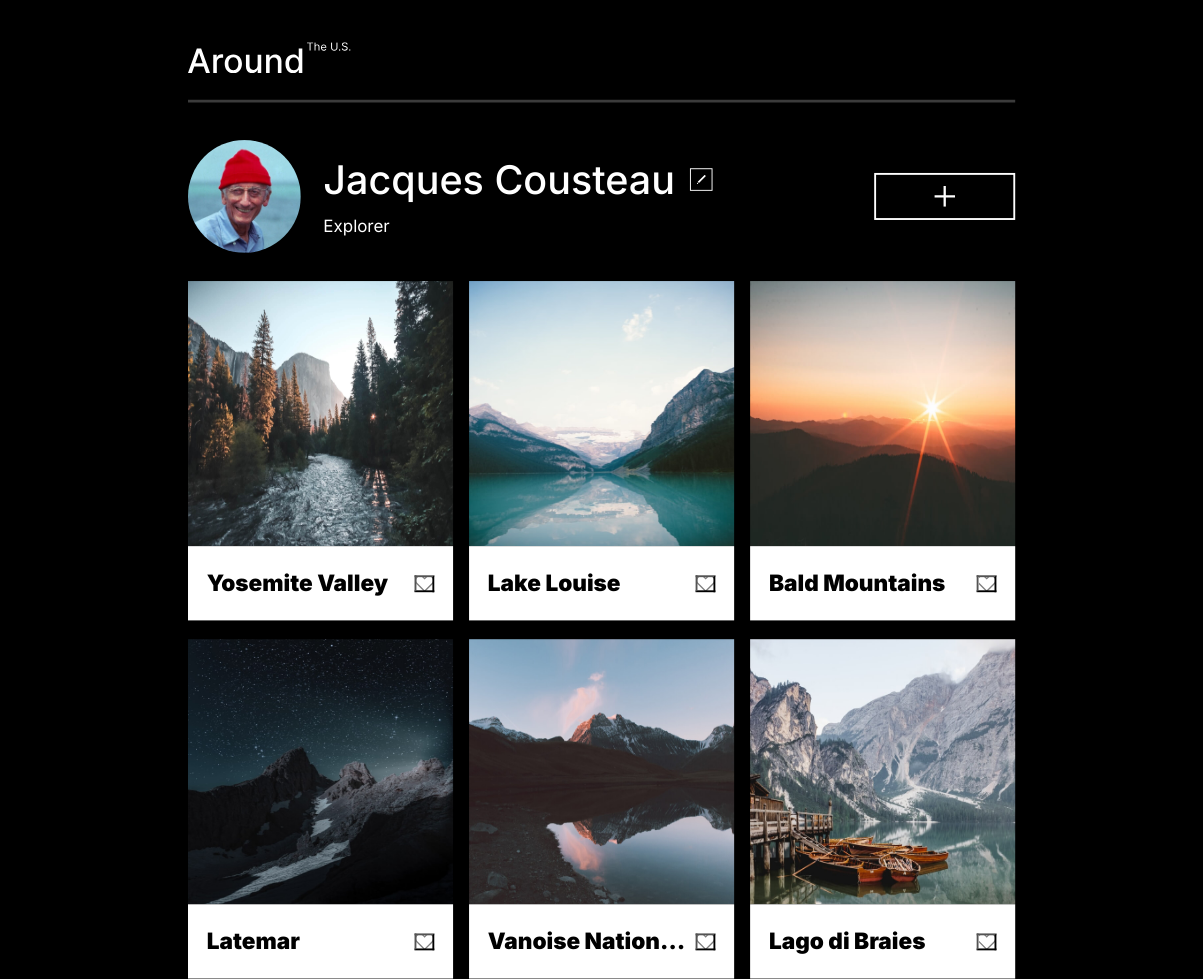
Repository: luisbaezx/se_project_aroundtheus
Page: index.html
The author's editor kept a copy of each file at every save. The page is drawn from the files as they stood at one save, then again after the next save.
The browser window is 1280 px wide. The pictures show the whole page, at 94% of full size.

Above is the page before, as saved 2024-05-28 06:09:54.

### index.html
<!DOCTYPE html>
<html lang="en">
  <head>
    <meta charset="UTF-8" />
    <meta name="viewport" content="width=device-width, user-scalable=no,
    initial-scale=1/>
    <meta content="ie=edge" http-equiv="X-UA-Compatible" />
    <title>Around The U.S</title>
    <link href="./pages/index.css" rel="stylesheet" />
  </head>
  <body class="page">
    <div class="page__content">
      <header class="header page__section">
        <img
          src="./images/logo.svg"
          alt="Around the U.S. Logo"
          class="header__image"
        />
      </header>
      <main class="content">
        <section class="profile page__section">
          <img
            src="./images/jacques-cousteau.jpg"
            alt="Avatar"
            class="profile__image"
          />
          <div class="profile__info">
            <h1 class="profile__title">Jacques Cousteau</h1>
            <button class="profile__edit-button"></button>
            <p class="profile__description">Explorer</p>
          </div>
          <button class="profile__add-button"></button>
        </section>
        <section class="cards page__section">
          <ul class="card__list">
            <li class="card">
              <img src="./images/yosemite.jpg" class="card__image" />
              <div class="card__description">
                <h2 class="card__title">Yosemite Valley</h2>
                <button class="card__like-button"></button>
              </div>
            </li>
            <li class="card">
              <img src="./images/lake-louise.jpg" class="card__image" />
              <div class="card__description">
                <h2 class="card__title">Lake Louise</h2>
                <button class="card__like-button"></button>
              </div>
            </li>
            <li class="card">
              <img src="./images/bald-mountains.jpg" class="card__image" />
              <div class="card__description">
                <h2 class="card__title">Bald Mountains</h2>
                <button class="card__like-button"></button>
              </div>
            </li>
            <li class="card">
              <img src="./images/latemar.jpg" class="card__image" />
              <div class="card__description">
                <h2 class="card__title">Latemar</h2>
                <button class="card__like-button"></button>
              </div>
            </li>
            <li class="card">
              <img src="./images/vanoise.jpg" class="card__image" />
              <div class="card__description">
                <h2 class="card__title">Vanoise National Park</h2>
                <button class="card__like-button"></button>
              </div>
            </li>
            <li class="card">
              <img src="./images/lago.jpg" class="card__image" />
              <div class="card__description">
                <h2 class="card__title">Lago di Braies</h2>
                <button class="card__like-button"></button>
              </div>
            </li>
          </ul>
        </section>
      </main>
    </div>
  </body>
</html>

### pages/index.css
@import url("../vendor/normalize.css");
@import url("../vendor/fonts.css");
@import url("../blocks/page.css");

### blocks/page.css
.page {
  font-family: Inter, Arial, Helvetica, sans-serif;
  background-color: black;
  color: white;
}

.page__section {
  max-width: 880px;
  width: 100%;
  position: relative;
  margin: 0 auto;
}

.page__content {
  display: flex;
  flex-direction: column;
  min-height: 100vh;
  padding: 0 20px;
}

.header {
  margin-top: 45px;
  border-bottom: solid rgba(84, 84, 84, 0.7);
  padding-bottom: 25px;
}

.header__image {
  width: 173px;
  height: 33px;
}

.profile {
  display: flex;
  align-items: center;
  padding-top: 40px;
  min-width: 282px;
}

.profile__info {
  display: grid;
  grid-template-areas:
    "title button"
    "description description";
  grid-template-columns: minmax(auto, 375px) auto;
  margin-right: 12px;
  align-items: center;
  gap: 15px;
}

.profile__edit-button {
  background: transparent url(../images/edit-icon.svg) center no-repeat;
  height: 24px;
  width: 24px;
  grid-area: button;
  border: 1px white solid;
}

.profile__add-button {
  background: transparent url(../images/add-icon.svg) center no-repeat;
  width: 150px;
  height: 50px;
  margin-left: auto;
  border: 2px white solid;
}

.profile__title {
  font-size: 42px;
  line-height: 48px;
  font-weight: 500;
  grid-area: title;
  margin: 0;
  text-overflow: ellipsis;
  white-space: nowrap;
  min-width: 282px;
}

.profile__description {
  font-size: 18px;
  line-height: 22px;
  font-weight: 400;
  grid-area: description;
  margin: 0;
  text-overflow: ellipsis;
  white-space: nowrap;
  overflow: hidden;
  max-width: 370px;
}

.profile__image {
  height: 120px;
  width: 120px;
  border-radius: 50%;
  object-fit: cover;
  background-position: center;
  margin-right: 24px;
}

.cards {
  margin-top: 30px;
}

.card__list {
  display: grid;
  justify-content: center;
  grid-template-columns: repeat(auto-fit, 282px);
  grid-gap: 20px 17px;
  padding: 0;
  margin: 0;
}

.card {
  display: flex;
  flex-direction: column;
  list-style: none;
  border-radius: 10px;
}

.card__image {
  width: 282px;
  height: 282px;
}

.card__title {
  max-width: 220px;
  font-size: 24px;
  font-weight: 900;
  line-height: 29px;
  text-overflow: ellipsis;
  white-space: nowrap;
  overflow: hidden;
  margin: 0;
}

.card__description {
  display: flex;
  background-color: white;
  color: black;
  padding-top: 25px;
  padding-bottom: 25px;
  padding-left: 20px;
  padding-right: 20px;
  align-items: center;
  justify-content: space-between;
}

.card__like-button {
  background: transparent url(../images/like-inactive.svg) center no-repeat;
  width: 21px;
  height: 18px;
}

@media screen and (max-width: 480px) {
  .profile {
    flex-direction: column;
  }

  .profile__info {
    display: flex;
    flex-wrap: wrap;
    justify-content: center;
    width: 100%;
  }

  .profile__description {
    width: 100%;
    text-align: center;
  }

  .profile__add-button {
    margin: 0;
    width: 100%;
  }
}

Loaded but not shown: vendor/normalize.css (library); vendor/fonts.css (common file)

After the next save:
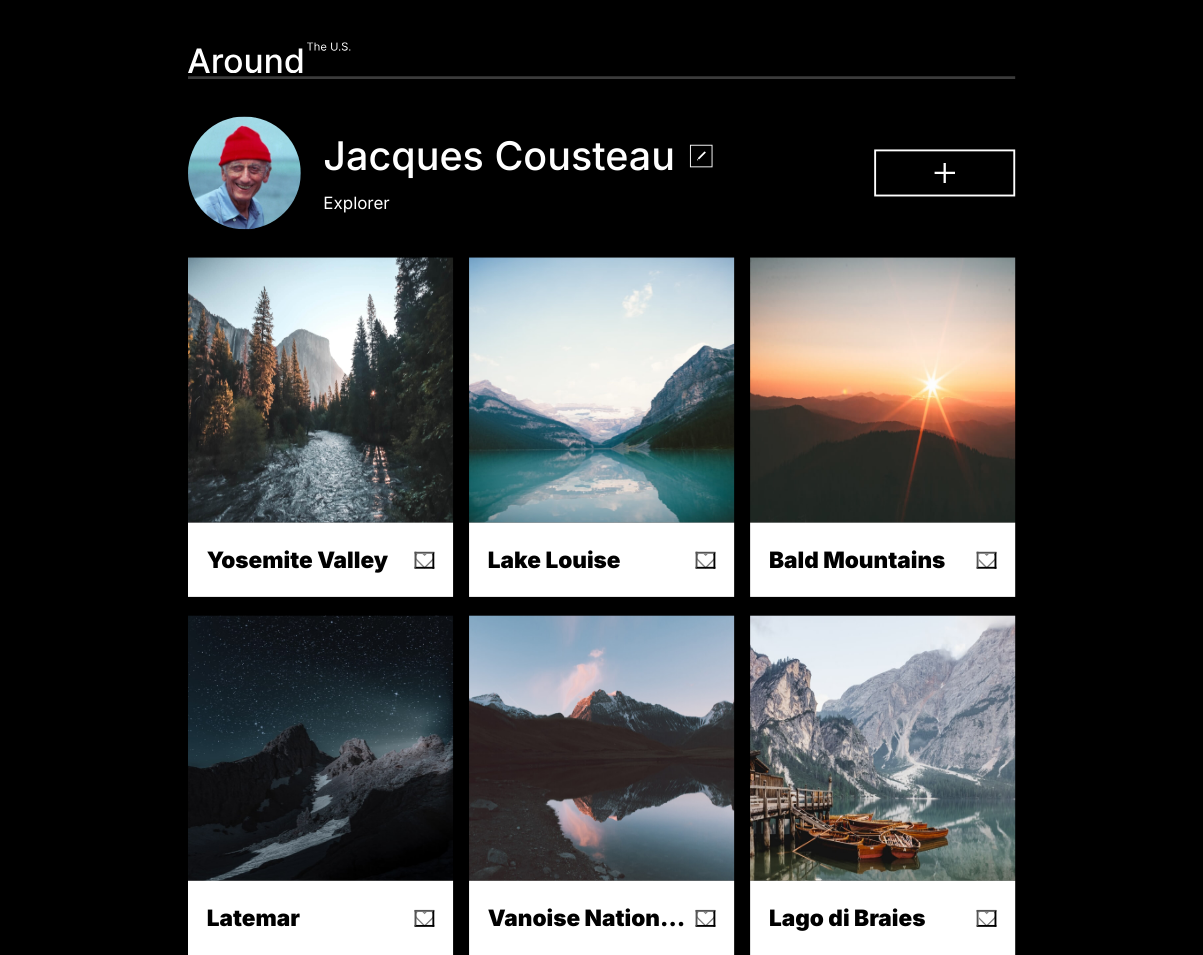
Saved 2 min 48 s later.
--- a/blocks/page.css
+++ b/blocks/page.css
@@ -21,7 +21,6 @@
 .header {
   margin-top: 45px;
   border-bottom: solid rgba(84, 84, 84, 0.7);
-  padding-bottom: 25px;
 }
 
 .header__image {

After the save that followed:
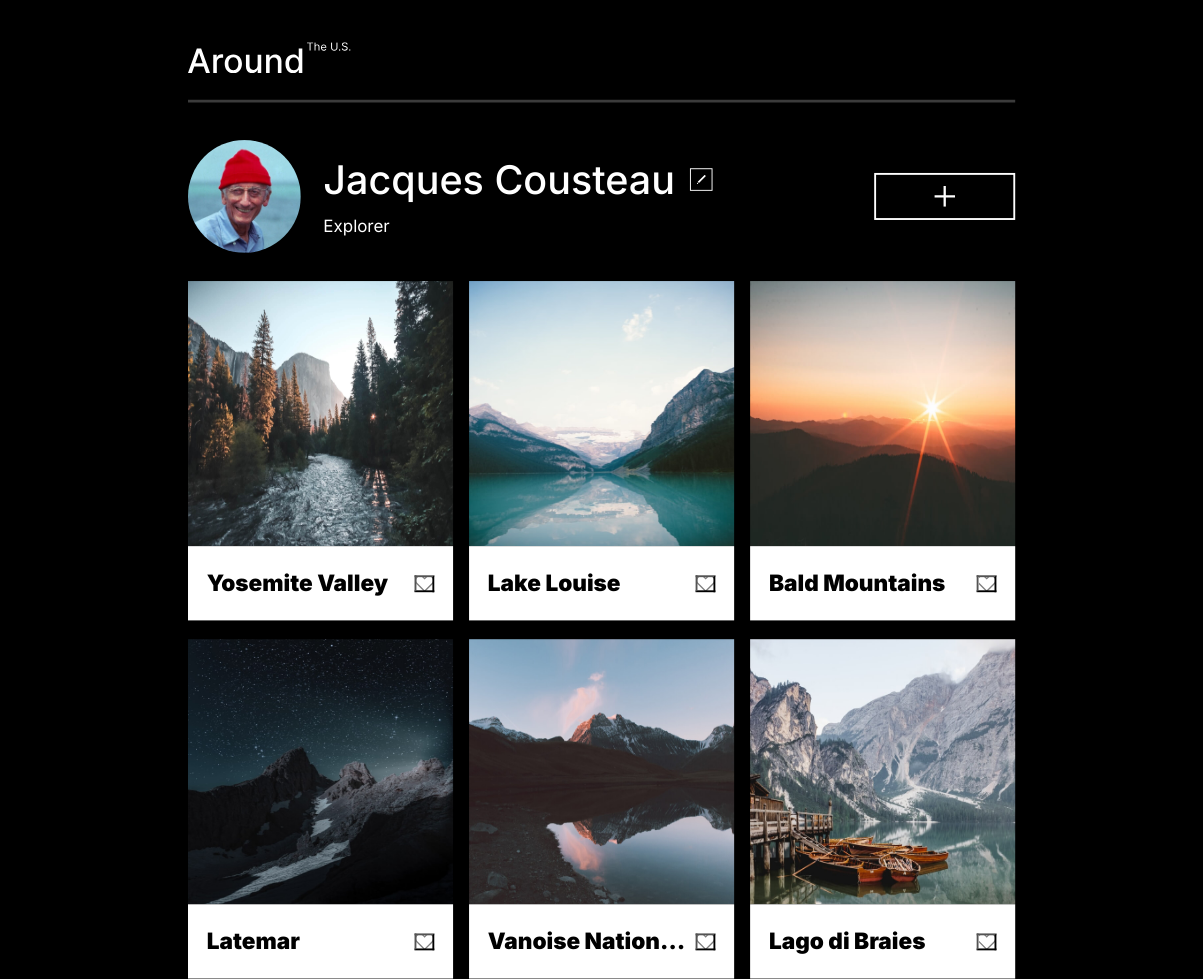
Saved 9 s later.
--- a/blocks/page.css
+++ b/blocks/page.css
@@ -26,6 +26,7 @@
 .header__image {
   width: 173px;
   height: 33px;
+  padding-bottom: 25px;
 }
 
 .profile {
